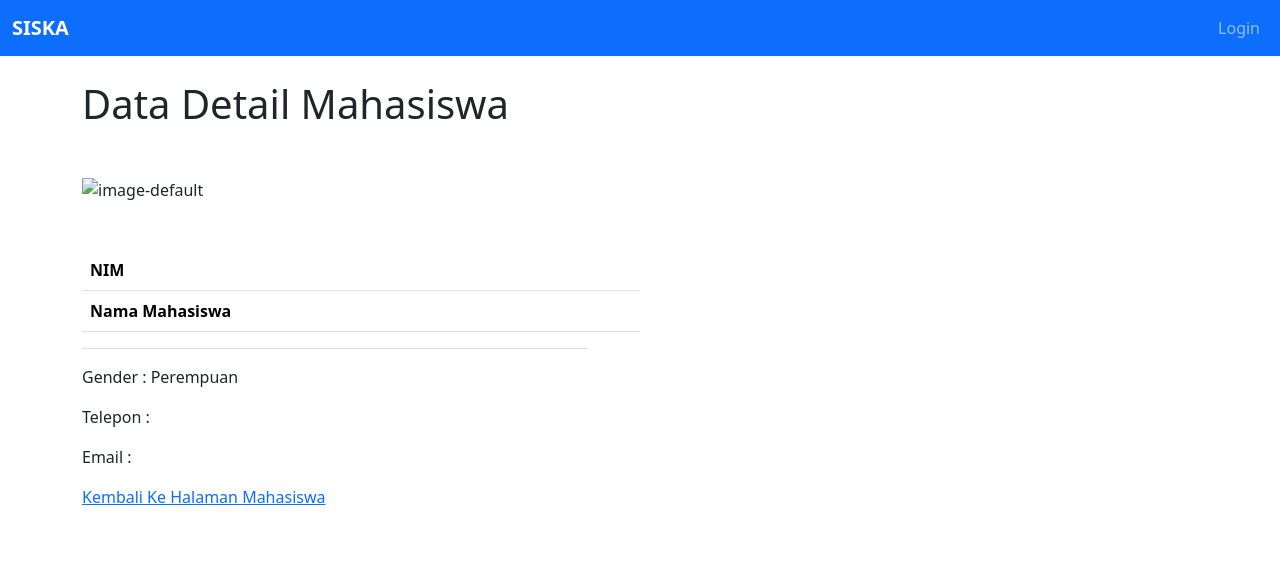
Repository: WiraAtma/administrasi-kampus
Page: resources/views/mahasiswa-detail.blade.php
An editor plug-in stored every save of this project. The page is shown before and after a run of saves, followed by the edit.
The browser window is 1280 px wide. The pictures show the whole page.
The page is served by the project's Laravel application, run on PHP 8.4 with Laravel 12. The template is opened directly, without the code that normally fills it, so the values that code supplies are empty.

Above is the page before, as saved 2024-10-26 16:07:55.

After the next 2 saves:
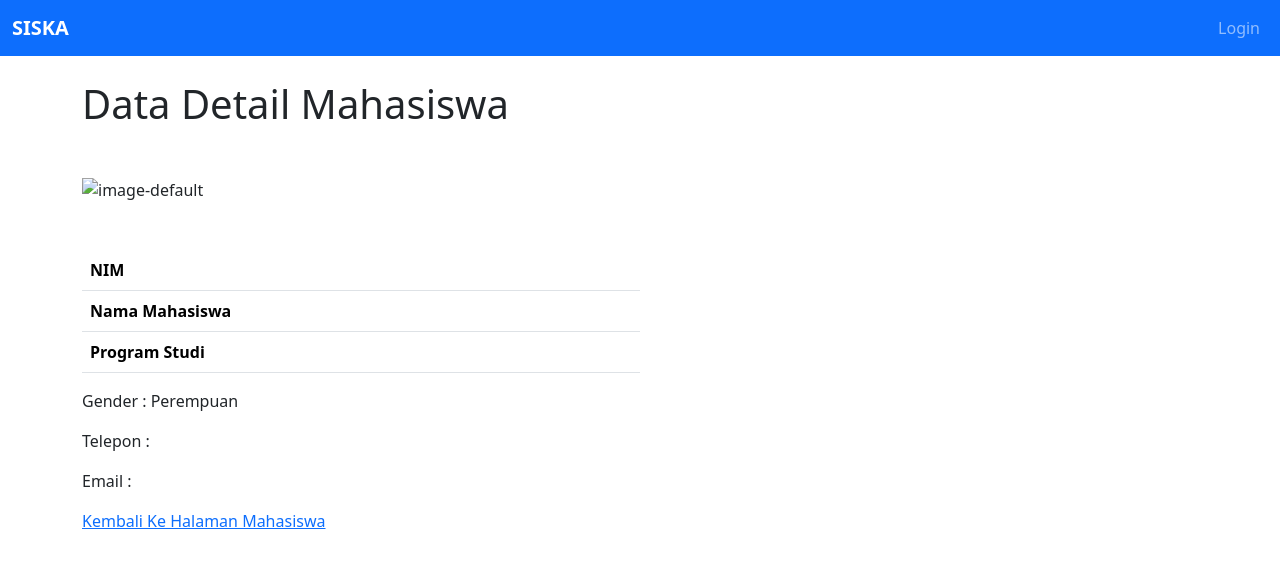
The 2 saves are shown as one change because they came seconds apart.
The last was saved 13 s later.
--- a/resources/views/mahasiswa-detail.blade.php
+++ b/resources/views/mahasiswa-detail.blade.php
@@ -23,7 +23,8 @@
                 <td>{{ $mahasiswa->name }}</td>
             </tr>
             <tr>
-                <th></th>
+                <th>Program Studi</th>
+                <td></td>
             </tr>
         </table>
         {{-- <p>NIM : </p>
